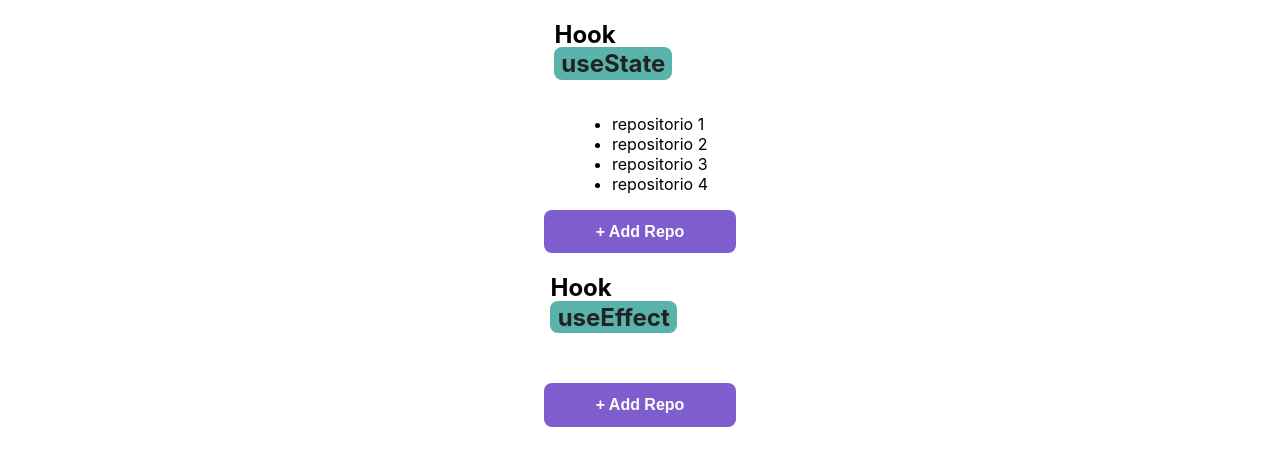
Repository: thiagolucio/react-hooks-use
Page: /
These files come from the project's save history. The page is drawn as it stood at one moment and after the next save; the edit follows.
The browser window is 1280 px wide. The pictures show the whole page.
The project was rebuilt for these pictures with package versions that can differ from the ones it lists, and the page was loaded fresh each time.

Above is the page before, as saved 2022-03-08 22:39:54.

After the next save:
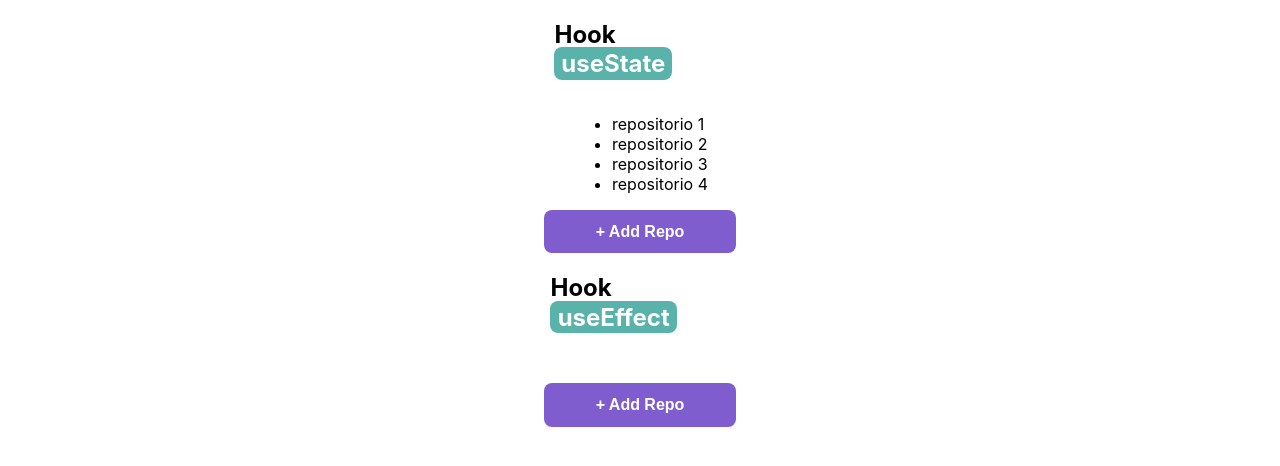
Saved 8 s later.
--- a/src/Components/UseStateExample.css
+++ b/src/Components/UseStateExample.css
@@ -29,7 +29,7 @@
     font-size: 24px;
     padding: 1% 4%;
     background-color: #59b3ab;
-    color: #222;
+    color: #fff;
     font-weight: bold;
     border: none;
     border-radius: 8px;
